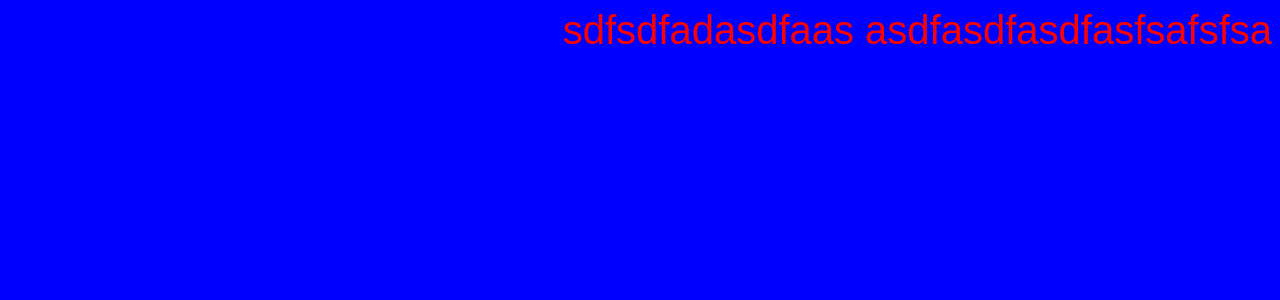
Repository: mong3270/mong3270.github.io
Page: index.html
The author's editor kept a record of every edit. The page is drawn from the files as they stood at one moment, then again after the next edit.
The browser window is 1280 px wide. The pictures show the whole page.

Above is the page before.

After the next edit:
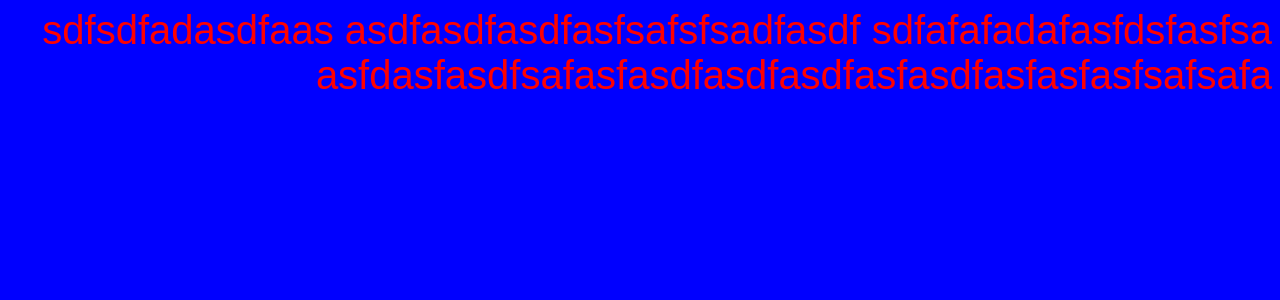
The edit:
--- a/index.html
+++ b/index.html
@@ -8,5 +8,7 @@
 
 		</body>
 
-	sdfsdfadasdfaas	asdfasdfasdfasfsafsfsa
+	sdfsdfadasdfaas	asdfasdfasdfasfsafsfsadfasdf
+	sdfafafadafasfdsfasfsa
+	asfdasfasdfsafasfasdfasdfasdfasfasdfasfasfasfsafsafa
 </html>
